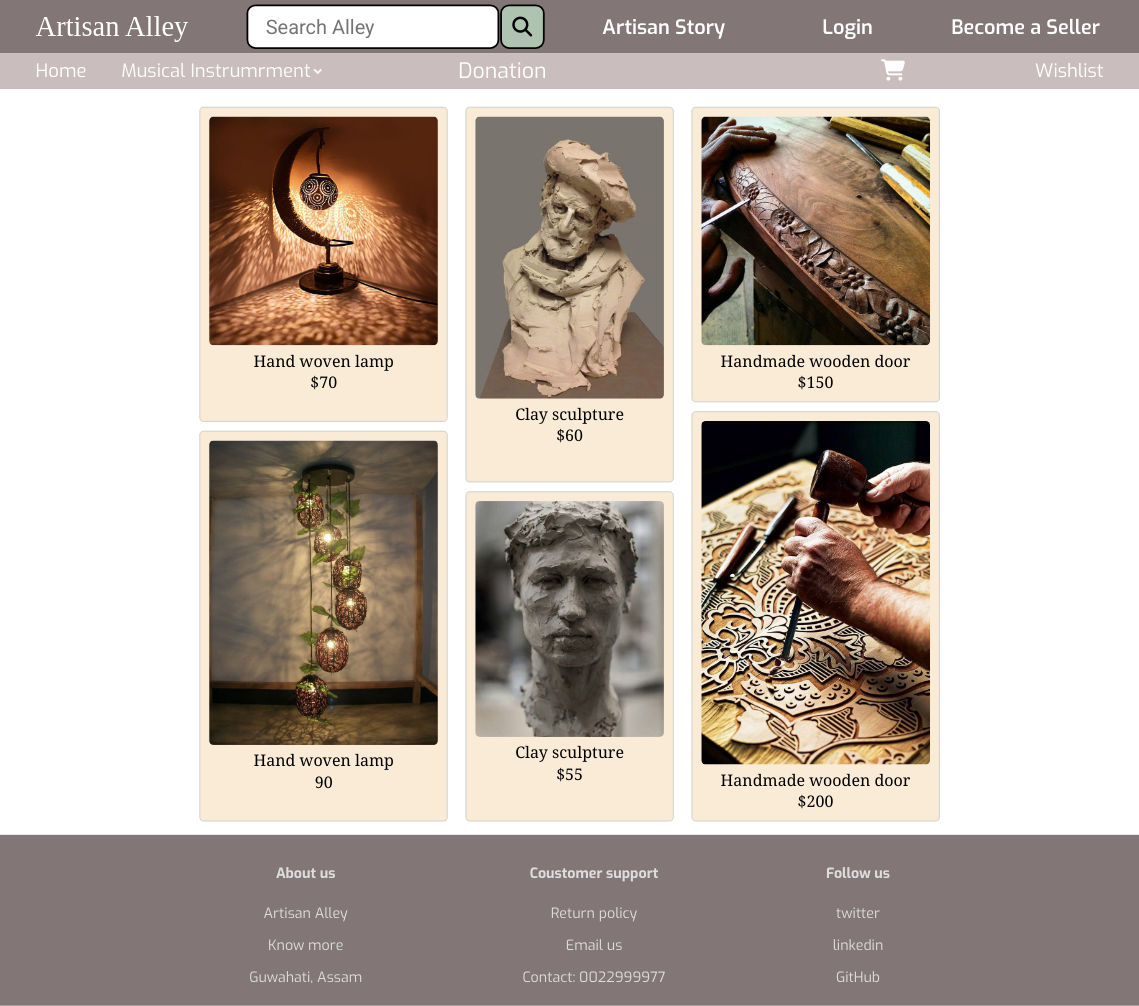
Repository: RingkhangBTY/Bytehacks_Hackathon_Project
Page: index.html
An editor plug-in stored every save of this project. The page is shown before and after a run of saves, followed by the edit.
The browser window is 1280 px wide. The pictures show the whole page, at 89% of full size.
Some web fonts or font styles are not loaded; a fallback is used.

Above is the page before, as saved 2024-11-27 10:05:44.

### index.html
<!DOCTYPE html>
<html lang="en">
  <head>
    <meta charset="UTF-8" />
    <meta name="viewport" content="width=device-width, initial-scale=1.0" />
    <link rel="stylesheet" href="style.css" />
    <link
      rel="stylesheet"
      href="https://cdnjs.cloudflare.com/ajax/libs/font-awesome/6.7.1/css/all.min.css"
      integrity="sha512-5Hs3dF2AEPkpNAR7UiOHba+lRSJNeM2ECkwxUIxC1Q/FLycGTbNapWXB4tP889k5T5Ju8fs4b1P5z/iB4nMfSQ=="
      crossorigin="anonymous"
      referrerpolicy="no-referrer"
    />
    <title>Artisan Alley</title>
  </head>
  <body>
    <header>
      <div class="split-div">
        <div class="half half-top">
          <a href="index.html" class="logo">Artisan Alley</a>

          <div class="searchdiv">
            <input
              type="text"
              placeholder="Search Alley"
              class="searchbar"
              id=""
            />

            <div class="search-icon">
              <button class="alley-search">
                <i class="fa-solid fa-magnifying-glass"></i>
              </button>
            </div>
          </div>

          <div class="artisan-story">
            <a href="artisan-story.html" class="story" id="">Artisan Story</a>
          </div>

          <div class="login-and-seller">
            <a href="login/login.html" class="account-login login" id="">Login</a>
            <a href="" class="seller-login login" id="">Become a Seller</a>
          </div>
        </div>

        <div class="half half-bottom">
          <div class="home-and-categories nav2">
            <a href="index.html" class="home">Home</a>

            <label for="categories"></label>
            <select id="categories" class="categories">
              <option value="" disabled selected>Categories</option>
              <option value="" selected>Painting</option>
              <option value="" selected>Sculpture</option>
              <option value="" selected>Drawing</option>
              <option value="" selected>Handcraft</option>
              <option value="" selected>Musical Instrumrment</option>
            </select>
          </div>

          <div class="donation-container nav2">
            <a class="donation" href="donation.html">Donation</a>
          </div>

          <div class="cart-wishlist nav2">
            <a href="index.html" class="cart" id=""
              ><i class="fa-solid fa-cart-shopping"></i
            ></a>

            <button class="wishlist" id="">Wishlist</button>
          </div>
        </div>
      </div>
    </header>

    <main>
      <div class="products">
        <div class="left-container">
          <div class="grid-layout">
              <div class="grid-item">
                <img src="image/Hand woven lamp1.jpg" alt="">
                <p>Hand woven lamp</p>
                <p>$70</p>
              </div>
              <div class="grid-item">
                <img src="image/Hand woven lamp2.jpg" alt="">
                <p>Hand woven lamp</p>
                <p>90</p>
              </div>
          </div>
        </div>
        <div class="middle-container">
          <div class="grid-layout">
              <div class="grid-item">
                <img src="image/Clay sculpture1.jpg" alt="">
                <p>Clay sculpture</p>
                <p>$60</p>
              </div>
              <div class="grid-item">
                <img src="image/Clay sculpture2.jpg" alt="">
                <p>Clay sculpture</p>
                <p>$55</p>
              </div>
          </div>
        </div>
        <div class="right-container">
          <div class="grid-layout">
              <div class="grid-item">
                <img src="image/Handmade wooden door design1.jpg" alt="image">
                <p>Handmade wooden door</p>
                <p>$150</p>
              </div>
              <div class="grid-item">
                <img src="image/Handmade wooden door design2.jpg" alt="image">
                <p>Handmade wooden door</p>
                <p>$200</p>
              </div>
          </div>
        </div>
      </div>
    </main>

    <footer>
        <div class="footer-container">
          <div class="imfo-container">
            <h6>About us</h6>
            <p>Artisan Alley</p>
            <p>Know more</p>
            <p>Guwahati, Assam</p>
          </div>

          <div class="imfo-container">
            <h6>Coustomer support</h6>
            <p>Return policy</p>
            <a href="mailto:ringkhangb913@gmail.com">Email us</a>
            <p>Contact: 0022999977</p>
          </div>

          <div class="imfo-container">
            <h6>Follow us</h6>
            <a href="https://x.com/Ringkha68574745" target="_blank">twitter</a>
            <a href="https://www.linkedin.com/in/ringkhang-basumatary-2840b725b/" target="_blank">linkedin</a>
            <a href="https://github.com/RingkhangBTY/Bytehacks_Hackathon_Project" target="_blank">GitHub</a>
          </div>
        </div>
    </footer>

  </body>
</html>

### style.css
@import url("https://fonts.googleapis.com/css2?family=Roboto:ital,wght@0,100;0,300;0,400;0,500;0,700;0,900;1,100;1,300;1,400;1,500;1,700;1,900&display=swap");
@import url("https://fonts.googleapis.com/css2?family=Edu+AU+VIC+WA+NT+Pre:wght@400..700&display=swap");
@import url("https://fonts.googleapis.com/css2?family=Exo:ital,wght@0,100..900;1,100..900&display=swap");

* {
  margin: 0;
  padding: 0;
  box-sizing: border-box;
  font-family: Exo;
}

body {
  header {
    .split-div {
      width: 100%;
      height: 30%;

      .half {
        width: 100%;
      }

      .half-top {
        background-color: #827676;
        height: 70%;
        display: flex;
        justify-content: space-between;
        align-items: center;

        .logo {
          text-decoration: none;
          color: white;
          font-size: 2rem;
          font-family: Edu AU VIC WA NT Pre, cursive;
          font-weight: 500;
          margin-left: 40px;
        }

        .searchdiv {
          display: flex;

          .searchbar {
            height: 50px;
            width: 100%;
            border: black 2px solid;
            outline: none;
            border-radius: 10px;
            padding-left: 20px;
            font-size: 1.4rem;
            font-family: Roboto;
          }

          .alley-search {
            display: flex;
            justify-content: center;
            align-items: center;
            width: 50px;
            height: 50px;
            background-color: #aec3b0;
            border: 2px black solid;
            margin-left: 1px;
            border-radius: 10px;
            cursor: pointer;

            i {
              color: black;
              font-size: 1.4rem;
            }
          }
        }

        .artisan-story .story{
          color: white;
          font-size: 1.4rem;
          text-decoration: none;
          font-family: Exo;
          font-weight: 600;
        }

        .login-and-seller {
          height: 60px;
          width: 400px;
          display: flex;
          justify-content: space-around;
          align-items: center;
        }

        .login-and-seller .login {
          color: white;
          font-size: 1.4rem;
          text-decoration: none;
          font-family: Exo;
          font-weight: 600;
        }
      }

      .half-bottom {
        background-color: #cabdbd;
        height: 30%;
        display: flex;
        justify-content: space-between;
        align-items: center;

        .nav2 {
          height: 40px;
          width: 250px;
          display: flex;
          justify-content: space-between;
          align-items: center;
          margin-left: 40px;
          margin-right: 40px;

          .home {
            text-decoration: none;
            color: white;
            margin-right: 10%;
            font-size: 1.3rem;
          }

          .categories {
            height: 100%;
            padding-left: 10px;
            text-align: center;
            border: none;
            background: transparent;
            border-radius: 5px;
            outline: none;
            font-size: 1.3rem;
            color: #fdfdfd;
            cursor: pointer;
          }
          .categories option[selected]{
            margin-left: 20px;
            background-color: #e6f7ff;
            color: #2a2828;
          }

          .donation{
            display: block;
            text-decoration: none;
            font-size: 1.5rem;
            color: white;
          }

          .cart {
            text-decoration: none;
            font-size: 1.5rem;
            color: white;
          }

          .wishlist {
            height: 100%;
            border-radius: 5px;
            background: transparent;
            border: none;
            outline: none;
            font-size: 1.3rem;
            color: white;
          }
        }
      }
    }
  }
}

.products{
  display: flex;
  gap: 10px;
  margin: 10px;
}

.left-container,.middle-container,.right-container{
  display: flex;
  border-radius: 5px;
  padding: 5px;
  padding-top: 10px;
  width: auto;
}
.left-container{
  padding-left: 17%;
}
.right-container{
  padding-right: 17%;
}
.grid-layout{
  display: grid;
  grid-template-rows: auto ;
  gap: 10px;
}
.grid-item{
  background-color: antiquewhite;
  border: 1px solid #ccc;
  width: 100%;
  border-radius: 5px;
  text-align: center;
  padding: 10px;
  padding-bottom: 10px;
}
.grid-item img{
  width: 100%;
  height: auto;
  border-radius: 5px;
}
.grid-item p{
  font-size: large;
  font-family: Cambria, Cochin, Georgia, Times, 'Times New Roman', serif;
}

footer{
  background-color: #827676;
    color: #fff;
    padding: 20px 40px;
    text-align: center;
}

.footer-container{
  display: flex;
  justify-content: space-between;
  flex-wrap: wrap;
    gap: 40px;
    max-width: 1200px;
    margin: 0 auto;
    padding-left: 20%;
    padding-right: 20%;
}

.imfo-container{
  display: flex;
    flex-direction: column;
    align-items: center;
    gap: 10px;
}

.imfo-container h6{
  display: flex;
  flex-direction: column;
  font-size: 1rem;
  line-height: 1.6rem;
  display: flex;
  flex-direction: column;
  align-items: center;
  color: #ddd;
  margin: 10px auto;
}
.imfo-container  p, .imfo-container a{
  font-size: 1rem;
  line-height: 1.6rem;
  color: #ddd;
  text-decoration: none;
  display: block;
}

After the next 5 saves:
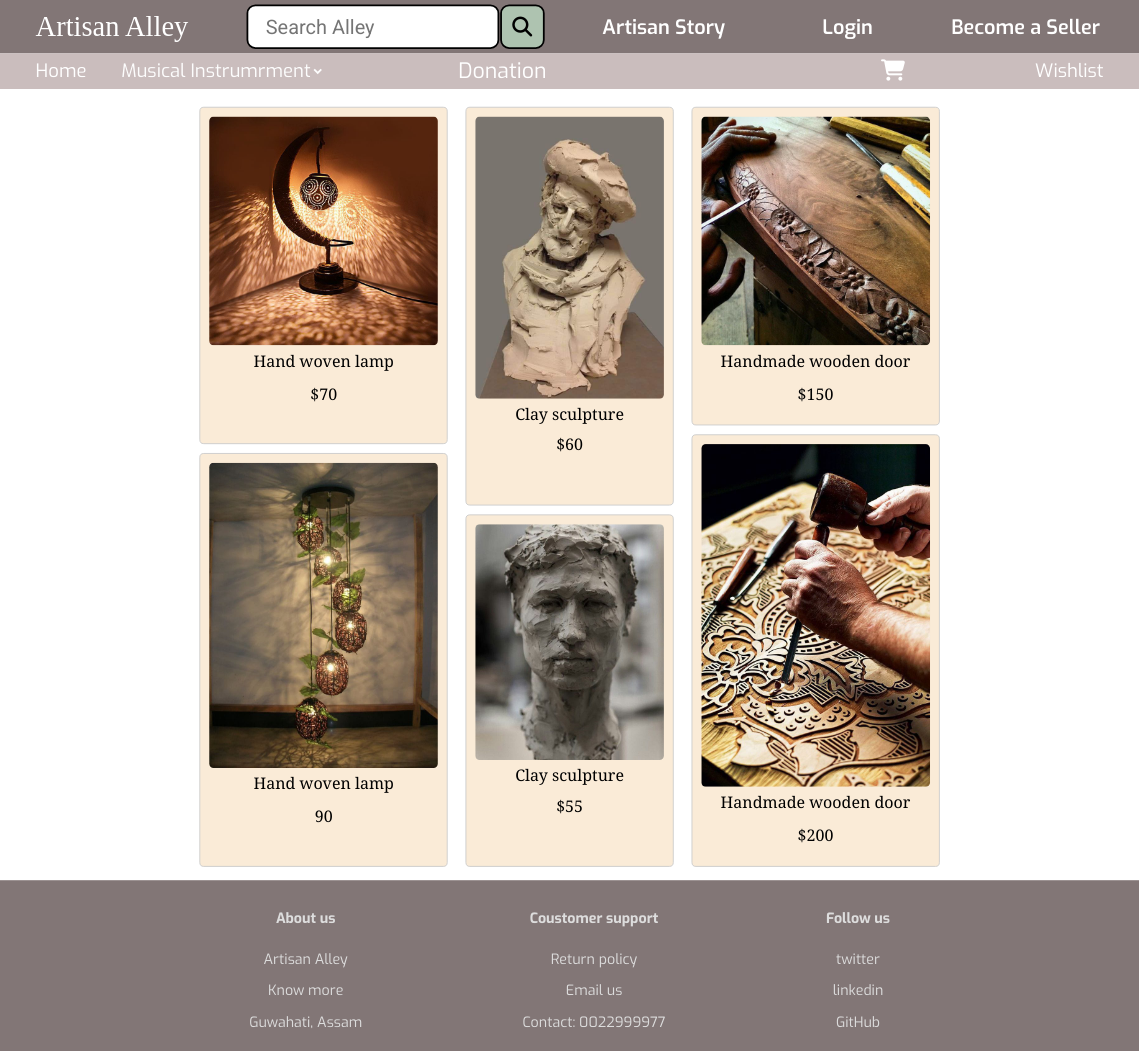
The 5 saves are shown as one change because they came seconds apart.
The last was saved 41 s later.
--- a/style.css
+++ b/style.css
@@ -203,6 +203,7 @@ body {
 .grid-item p{
   font-size: large;
   font-family: Cambria, Cochin, Georgia, Times, 'Times New Roman', serif;
+  margin-bottom: 5%;
 }
 
 footer{
